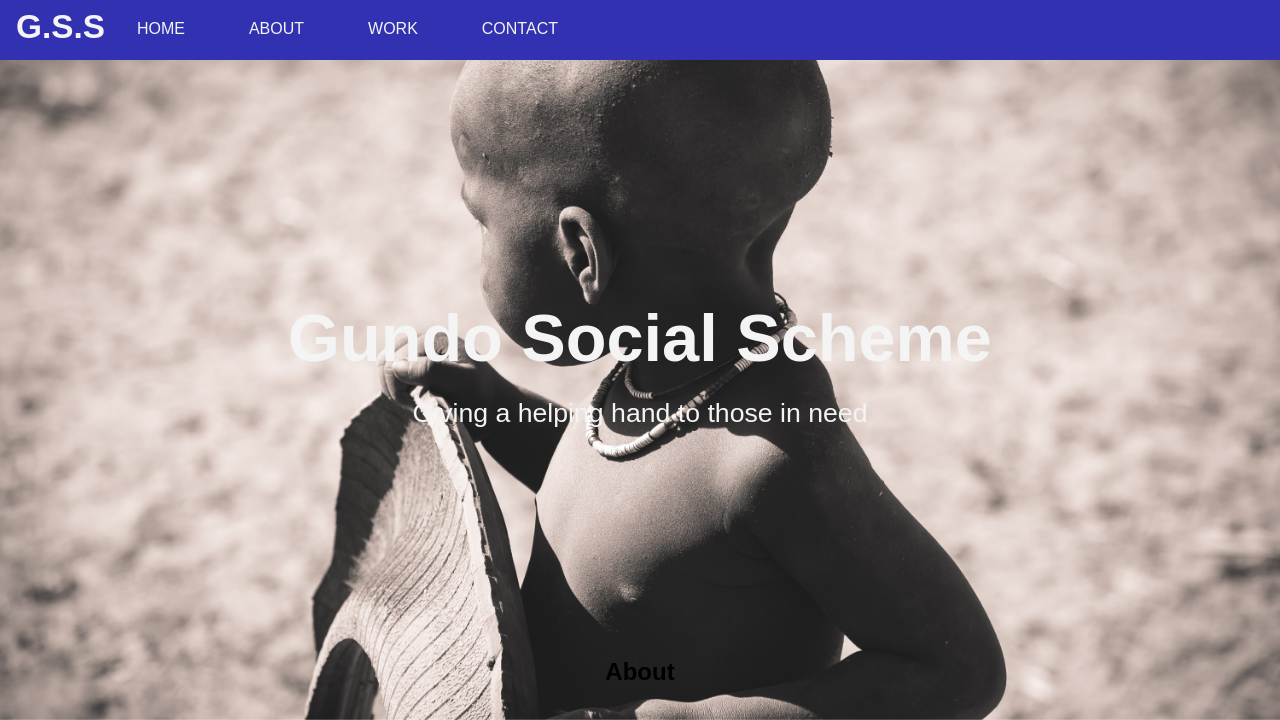
Repository: blessingNtoko/gss-basic_website
Page: index.html
An editor plug-in stored every save of this project. The page is shown before and after the next save, followed by the edit.
The browser window is 1280 px wide. The pictures show the whole page.
An inner scrolling area shows only its first screen.

Above is the page before, as saved 2020-05-13 18:08:52.

### index.html
<!DOCTYPE html>
<html lang="en">

<head>
    <meta charset="UTF-8">
    <meta name="viewport" content="width=device-width, initial-scale=1.0">
    <title>Gundo Social Scheme</title>
    <link rel="stylesheet" href="style.css">
</head>

<body>
    <div class="allContain">
        <nav class="navbar">
            <h1><a href="#home">G.S.S</a></h1>
            <ul>
                <li>
                    <a href="#home">Home</a>
                </li>
                <li>
                    <a href="#about">About</a>
                </li>
                <li>
                    <a href="#work">Work</a>
                </li>
                <li>
                    <a href="#contact">Contact</a>
                </li>
            </ul>
        </nav>

        <section id="home">
            <h1>Gundo Social Scheme</h1>
            <p>Giving a helping hand to those in need</p>

        </section>

        <section id="about">
            <div class="container">
                <h1>About</h1>
                <div class="row">
                    <div class="col">
                        <img src="assets/images/temp1.jpg" alt="About image">
                    </div>
                    <div class="col">
                        <p>
                            Lorem ipsum dolor sit amet consectetur adipisicing elit. Dolore quia, nisi provident aperiam excepturi quas officiis, quam ipsa molestiae nostrum magni. Sed at maiores placeat rerum deserunt ea perspiciatis modi omnis inventore maxime sunt ratione quos
                            nihil quidem nam suscipit sint, mollitia et odit. Repellat tempore nemo mollitia, quasi dolorum optio vel voluptates hic sunt. Soluta ea voluptatibus provident quasi, consectetur incidunt quas quia. Tenetur tempora iure adipisci
                            voluptatum velit quia voluptatibus, soluta iste fugit sequi, repellendus placeat nostrum minus modi ipsum, corporis exercitationem doloribus voluptatem distinctio cumque mollitia debitis consequatur sit. Reprehenderit animi
                            natus, facilis voluptas fugiat excepturi illum.
                        </p>
                    </div>
                </div>
                <div class="row">
                    <div class="col">
                        <p>
                            Lorem ipsum dolor sit amet consectetur adipisicing elit. Consequatur eveniet, dignissimos est fugit harum provident nobis corrupti architecto ipsam culpa quibusdam quidem reprehenderit. Neque eum reprehenderit ut illo sed mollitia odit cupiditate vel
                            perspiciatis, provident ab non, earum error tenetur quia, at minus nemo adipisci quo? Velit atque aspernatur saepe quia quibusdam a ad laboriosam sit temporibus, sint neque rerum nemo nam assumenda ea omnis harum molestiae,
                            itaque rem? Animi incidunt assumenda aspernatur impedit corrupti saepe possimus aperiam neque dolor minus! Corporis odit nostrum sequi beatae enim voluptas, vitae reiciendis nulla fuga quod, tempore, non explicabo rerum praesentium
                            eligendi rem.
                        </p>
                    </div>
                    <div class="col">
                        <img src="assets/images/temp2.jpg" alt="About image">
                    </div>
                </div>
            </div>
        </section>

        <div class="fixedScroll fixedScroll1">
            <div class="fixedText">
                <span class="border trans">
                    Image Two text
                </span>
            </div>
        </div>

        <section id="work">
            <div class="container">
                <h1>Work</h1>
                <div class="row">
                    <div class="col">
                        <img src="assets/images/workImages/work1.jpeg" alt="">
                    </div>
                    <div class="col">
                        <img src="assets/images/workImages/work2.jpeg" alt="">

                    </div>
                    <div class="col">
                        <img src="assets/images/workImages/work3.jpeg" alt="">

                    </div>

                    <div class="col">
                        <img src="assets/images/workImages/work4.jpeg" alt="">

                    </div>
                    <div class="col">
                        <img src="assets/images/workImages/work5.jpeg" alt="">

                    </div>
                    <div class="col">
                        <img src="assets/images/workImages/work6.jpeg" alt="">

                    </div>
                    <div class="col">
                        <img src="assets/images/workImages/work7.jpeg" alt="">

                    </div>
                    <div class="col">
                        <img src="assets/images/workImages/work8.jpeg" alt="">

                    </div>
                    <div class="col">
                        <img src="assets/images/workImages/work9.jpeg" alt="">

                    </div>
                    <div class="col">
                        <img src="assets/images/workImages/work10.jpeg" alt="">

                    </div>
                </div>
            </div>
        </section>

        <div class="fixedScroll fixedScroll2">
            <div class="fixedText">
                <span class="border trans">
                    Image Two text
                </span>
            </div>
        </div>

        <section id="contact">
            <div class="container">
                <h1>Contact</h1>
                <div class="row">
                    <div class="col">
                        <img src="" alt="">
                    </div>
                    <div class="col">

                    </div>
                    <div class="col">

                    </div>
                </div>
            </div>
            <footer>

            </footer>
        </section>
    </div>

</body>

</html>

### style.css
* {
    margin: 0;
    padding: 0;
}

body {
    font-family: Arial, Helvetica, sans-serif;
    line-height: 1.6;
    height: 100vh;
    overflow: hidden;
}

.allContain {
    width: 100%;
    height: 100%;
    /* CSS smooth scroll properties */
    overflow-y: scroll;
    scroll-behavior: smooth;
    scroll-snap-type: y mandatory;
}

.navbar {
    position: fixed;
    top: 0;
    z-index: 1;
    display: flex;
    justify-content: space-between;
    width: 100%;
    height: 60px;
    background: rgb(49, 49, 177);
}

.navbar h1 {
    color: white;
    font-size: 25pt;
    margin-left: 1rem;
}

.navbar h1 a {
    text-decoration: none;
    text-transform: uppercase;
    color: #f4f4f4;
}

.navbar h1 a:hover {
    color: rgb(63, 63, 196);
}

.navbar ul {
    display: flex;
    list-style: none;
    width: 100%;
    /* justify-content: space-evenly; */
}

.navbar ul li {
    margin: 0 1rem;
    padding: 1rem;
}

.navbar ul li a {
    text-decoration: none;
    text-transform: uppercase;
    color: #f4f4f4;
}

.navbar ul li a:hover {
    color: rgb(63, 63, 196);
}

section {
    display: flex;
    flex-direction: column;
    align-items: center;
    justify-content: center;
    text-align: center;
    width: 100%;
    height: 100vh;
    scroll-snap-align: center;
}

#home {
    background-image: url(assets/images/tempy4.jpg);
    background-position: center;
    background-repeat: no-repeat;
    background-size: cover;
    background-attachment: fixed;
    color: #f4f4f4;
}

#home h1 {
    font-size: 50pt;
}

#home p {
    font-size: 20pt;
}

#about {
    margin-top: 3rem;
}

#about img {
    text-align: center;
    width: 35rem;
    height: 25rem;
}

.fixedScroll {
    position: relative;
    opacity: 0.7;
    background-position: center;
    background-size: cover;
    background-repeat: no-repeat;
    background-attachment: fixed;
}

.fixedScroll1 {
    background-image: url(assets/images/tempy5.jpg);
    min-height: 400px;
}

.fixedScroll2 {
    background-image: url(assets/images/tempy6.jpg);
    min-height: 400px;
}

#about .row {
    display: flex;
    flex-direction: row;
    justify-content: center;
    margin-top: 3rem;
}

#work .row {
    display: flex;
    flex-direction: row;
    flex-wrap: wrap;
    justify-content: space-evenly;
    align-items: center;
}

#work .row img {
    width: 20rem;
    height: 25rem;
    line-height: 1rem;
}

After the next save:
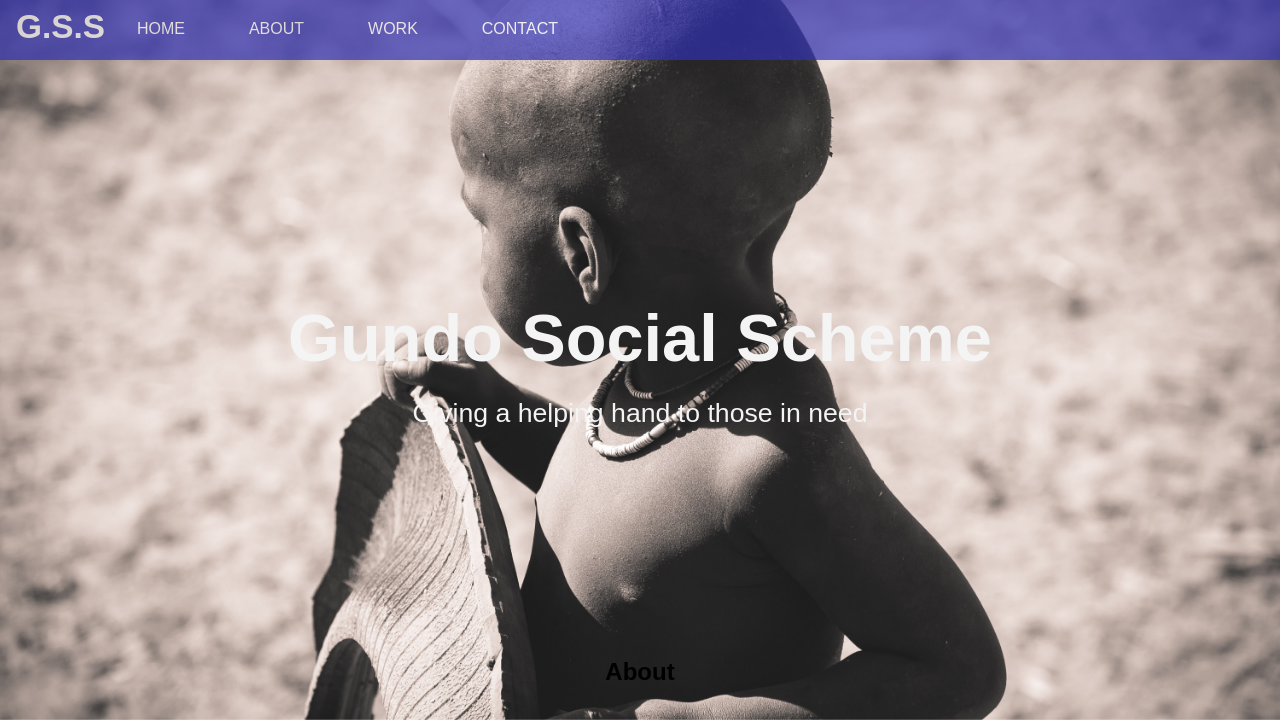
Saved 24 s later.
--- a/style.css
+++ b/style.css
@@ -28,6 +28,7 @@ body {
     width: 100%;
     height: 60px;
     background: rgb(49, 49, 177);
+    opacity: .7;
 }
 
 .navbar h1 {
